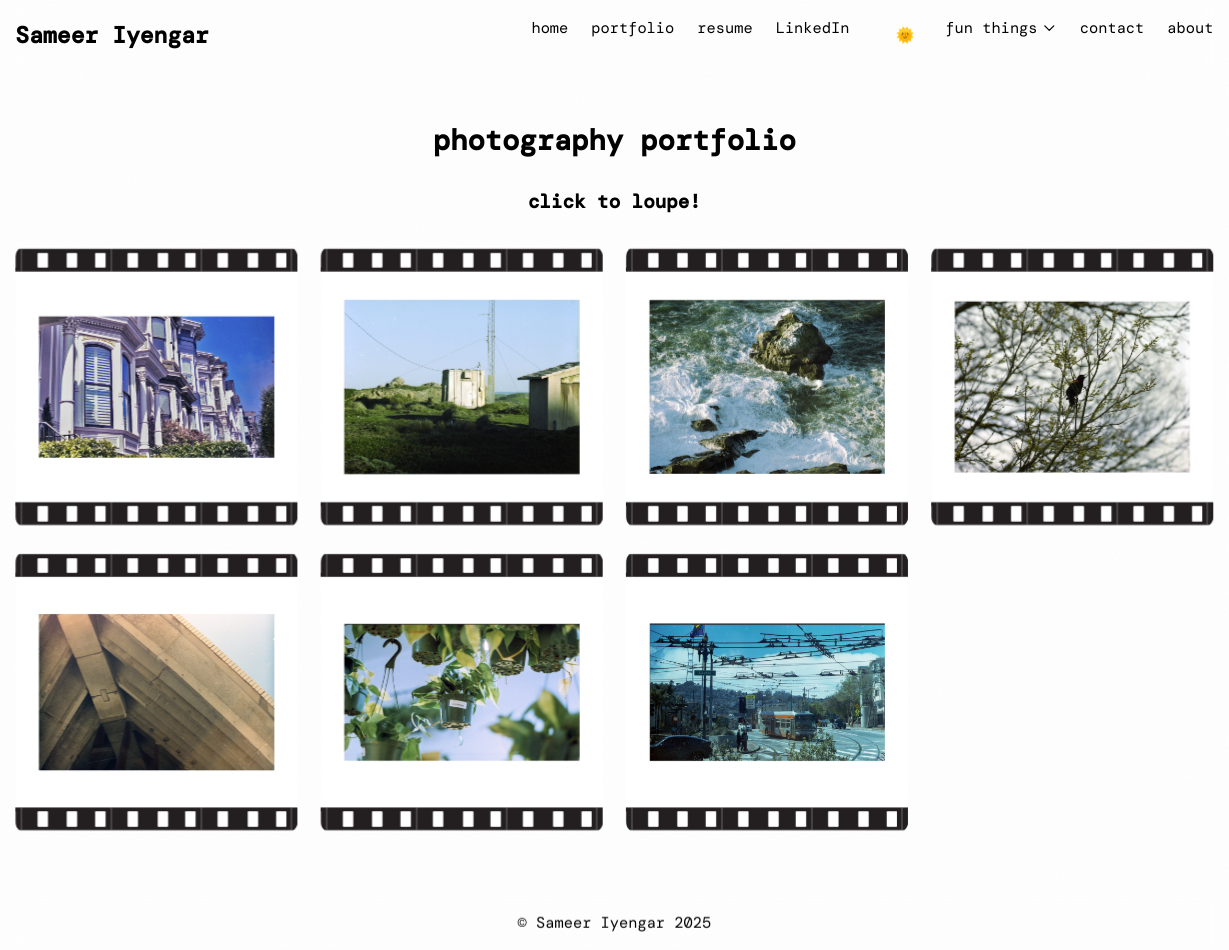
Repository: siyengar04/siyengar04.github.io
Page: portfolio.html
The author's editor kept a copy of each file at every save. The page is drawn from the files as they stood at one save, then again after the next save.
The browser window is 1280 px wide. The pictures show the whole page, at 96% of full size.
Some web fonts or font styles are not loaded; a fallback is used.

Above is the page before, as saved 2025-10-11 16:39:47.

### portfolio.html
<!DOCTYPE html>
<html lang="en">

<head>
    <script>
        if (localStorage.theme === 'dark' ||
            (!('theme' in localStorage) && window.matchMedia('(prefers-color-scheme: dark)').matches)) {
            document.documentElement.classList.add('dark-theme');
        }
    </script>
    <meta charset="UTF-8">
    <meta name="viewport" content="width=device-width, initial-scale=1.0">
    <meta property="og:image" content="./images/profile.jpg">
    <meta property="og:image:type" content="image/jpg">
    <meta name="description" content="student, innovator, engineer" />
    <meta property="og:title" content="Sameer Iyengar">
    <meta property="og:description" content="student, innovator, engineer">
    <title>Sameer Iyengar - Photography Portfolio</title>
    <script src="https://cdn.jsdelivr.net/npm/@tailwindcss/browser@4"></script>
    <link rel="preconnect" href="https://fonts.googleapis.com">
    <link rel="preconnect" href="https://fonts.gstatic.com" crossorigin>
    <link
        href="https://fonts.googleapis.com/css2?family=DM+Mono:ital,wght@0,300;0,400;0,500;1,300;1,400;1,500&display=swap"
        rel="stylesheet">
    <style>
        <style> :root {
            /* Light Theme (default) - High contrast */
            --bg-primary: #f5f5f7;
            --text-primary: #121212;
            --glass-light: rgba(255, 255, 255, 0.85);
            --glass-text: #121212;
            --border-light: rgba(0, 0, 0, 0.1);
            --accent-color: #3b82f6;

            /* Dark Theme */
            --bg-primary-dark: #0a0a0a;
            --text-primary-dark: #f8f9fa;
            --glass-dark: rgba(20, 20, 20, 0.85);
            --glass-text-dark: #f8f9fa;
            --border-dark: rgba(255, 255, 255, 0.15);
            --accent-color-dark: #60a5fa;
        }

        .gallery-item {
            position: relative;
        }

        .gallery-item::before,
        .gallery-item::after {
            content: "";
            position: absolute;
            left: 0;
            width: 100%;
            height: 30px;
            /* Original height */
            background-size: auto 24px;
            /* Force exact height */
            background-repeat: repeat-x;
            /* Tile horizontally */
            background-position: center;
            z-index: 2;
        }

        .gallery-item::before {
            top: 0;
            background-image: url('Asset 4.svg');
        }

        .gallery-item::after {
            bottom: 0;
            background-image: url('Asset 4.svg');
        }

        .gallery-img {
            position: relative;
            z-index: 1;
        }

        .dark-theme {
            --bg-primary: var(--bg-primary-dark);
            --text-primary: var(--text-primary-dark);
            --glass-light: var(--glass-dark);
            --glass-text: var(--glass-text-dark);
            --border-light: var(--border-dark);
            --accent-color: var(--accent-color-dark);
        }

        body {
            font-family: 'DM Mono', sans-serif;
            background: var(--bg-primary);
            color: var(--text-primary);
            transition: background 0.5s ease, color 0.3s ease;
            background-image: url('data:[embedded picture, 288 characters]');
            line-height: 1.6;
            margin: 0;
            padding: 0;
        }

        /* Glassmorphism Navigation Bar */
        header {
            position: fixed;
            top: 0;
            width: 100%;
            background: var(--glass-light) !important;
            backdrop-filter: blur(12px);
            -webkit-backdrop-filter: blur(12px);
            border-bottom: 1px solid var(--border-light);
            color: var(--glass-text) !important;
            z-index: 100;
            padding: 1rem 0;
        }

        /* Navigation */
        nav a {
            color: var(--glass-text);
            transition: all 0.3s ease;
        }

        nav a:hover {
            color: var(--accent-color);
            transform: translateY(-2px);
        }

        /* Theme toggle button */
        #theme-toggle {
            background: var(--glass-light);
            backdrop-filter: blur(10px);
            border: 1px solid var(--border-light);
            transition: all 0.3s ease;
        }

        #theme-toggle:hover {
            transform: scale(1.1);
        }

        /* Portfolio Section */
        #portfolio {
            padding: 8rem 0 4rem;
            /* Adjusted for fixed header */
        }

        .gallery-img {
            transition: transform 0.3s ease, box-shadow 0.3s ease;
            cursor: pointer;
            border-radius: 12px;
            object-fit: cover;
            width: 100%;
            height: 100%;
        }

        .gallery-item {
            background: var(--glass-light);
            backdrop-filter: blur(8px);
            -webkit-backdrop-filter: blur(8px);
            border: 1px solid var(--border-light);
            border-radius: 12px;
            overflow: hidden;
            transition: all 0.3s ease;
        }

        .gallery-item:hover {
            transform: translateY(-5px);
            box-shadow: 0 10px 25px rgba(0, 0, 0, 0.2);
        }

        .dark-theme .gallery-item:hover {
            box-shadow: 0 10px 25px rgba(0, 0, 0, 0.4);
        }

        /* Modal */
        .modal {
            display: none;
            position: fixed;
            z-index: 1000;
            left: 0;
            top: 0;
            width: 100%;
            height: 100%;
            background-color: rgba(0, 0, 0, 0.9);
            overflow: auto;
        }

        .modal-content {
            margin: auto;
            display: block;
            max-width: 90%;
            max-height: 80vh;
            margin-top: 10vh;
            background: var(--glass-light);
            backdrop-filter: blur(20px);
            -webkit-backdrop-filter: blur(20px);
            border-radius: 12px;
            padding: 20px;
            border: 1px solid var(--border-light);
        }

        .close {
            position: absolute;
            top: 20px;
            right: 35px;
            color: white;
            font-size: 40px;
            font-weight: bold;
            cursor: pointer;
            z-index: 1001;
        }

        .caption {
            margin: auto;
            display: block;
            width: 80%;
            text-align: center;
            color: var(--text-primary);
            padding: 10px 0;
            font-size: 1.2rem;
        }

        /* Dropdown menu */
        .desktop-dropdown-menu {
            margin-top: 0.5rem;
            background: var(--glass-light);
            backdrop-filter: blur(12px);
            -webkit-backdrop-filter: blur(12px);
            border: 1px solid var(--border-light);
            border-radius: 8px;
            overflow: hidden;
            box-shadow: 0 8px 32px rgba(0, 0, 0, 0.1);
        }

        .desktop-dropdown:hover .desktop-dropdown-menu {
            display: block;
        }

        /* Footer */
        footer {
            background: var(--glass-light);
            backdrop-filter: blur(12px);
            -webkit-backdrop-filter: blur(12px);
            border-top: 1px solid var(--border-light);
            padding: 1rem 0;
            color: var(--glass-text);
        }

        /* Grid Layout */
        .grid {
            display: grid;
            grid-template-columns: repeat(auto-fill, minmax(250px, 1fr));
            gap: 1.5rem;
        }

        @media (max-width: 768px) {
            #portfolio {
                padding: 6rem 0 2rem;
            }

            #nav-menu {
                background: var(--glass-light);
                backdrop-filter: blur(12px);
                -webkit-backdrop-filter: blur(12px);
                border: 1px solid var(--border-light);
                border-radius: 8px;
                padding: 1rem;
                margin-top: 0.5rem;
            }

            .modal-content {
                max-width: 95%;
                max-height: 85vh;
                margin-top: 5vh;
            }
        }
    </style>
</head>

<body>
    <header class="fixed top-0 z-10 w-full">
        <div class="container flex items-center justify-between px-4 mx-auto">
            <h1 class="text-2xl font-semibold">Sameer Iyengar</h1>
            <div class="md:hidden">
                <button id="nav-toggle" class="focus:outline-none">
                    <svg xmlns="http://www.w3.org/2000/svg" class="w-6 h-6" fill="none" viewBox="0 0 24 24"
                        stroke="currentColor">
                        <path stroke-linecap="round" stroke-linejoin="round" stroke-width="2"
                            d="M4 6h16M4 12h16m-7 6h7" />
                    </svg>
                </button>
            </div>
            <nav id="nav-menu" class="hidden md:flex md:space-x-6">
                <ul class="flex flex-col space-y-4 md:flex-row md:space-y-0 md:space-x-6">
                    <li><a href="/index.html">home</a></li>
                    <li><a href="/portfolio.html">portfolio</a></li>
                    <li><a href="/resume.html">resume</a></li>
                    <li><a href="https://www.linkedin.com/in/sameer-iyengar/">LinkedIn</a></li>
                    <li>
                        <button id="theme-toggle" class="p-2 ml-4 rounded-full">
                            <span class="light-icon">🌞</span>
                            <span class="hidden dark-icon">🌙</span>
                        </button>
                    </li>
                    <!-- Desktop Fun Things Dropdown -->
                    <li class="relative group">
                        <button class="flex items-center">
                            fun things
                            <svg class="w-4 h-4 ml-1" fill="none" stroke="currentColor" viewBox="0 0 24 24"
                                xmlns="http://www.w3.org/2000/svg">
                                <path stroke-linecap="round" stroke-linejoin="round" stroke-width="2"
                                    d="M19 9l-7 7-7-7"></path>
                            </svg>
                        </button>
                        <div class="absolute left-0 hidden pt-2 group-hover:block desktop-dropdown-menu">
                            <a href="/cat-gallery.html" class="block px-4 py-2 hover:text-accent-color">eva!!</a>
                        </div>
                    </li>
                    <li><a href="/contact.html">contact</a></li>
                    <li><a href="/about.html">about</a></li>
                </ul>
            </nav>
        </div>
    </header>

    <main>
        <section id="portfolio" class="portfolio">
            <div class="container px-4 mx-auto">
                <h2 class="mb-8 text-3xl font-bold text-center">photography portfolio</h2>
                <h3 class="mb-8 text-xl font-bold text-center">click to loupe!</h3>
                <div class="grid">
                    <!-- Gallery Item 1 -->
                    <div class="gallery-item">
                        <img loading="lazy" src="./images/photo1.jpg" alt="Photo 1" class="gallery-img"
                            onclick="openModal('./images/photo1.jpg', 'rowhouses, San Francisco, CA')">
                    </div>

                    <!-- Gallery Item 2 -->
                    <div class="gallery-item">
                        <img loading="lazy" src="./images/photo2.jpg" alt="Photo 2" class="gallery-img"
                            onclick="openModal('./images/photo2.jpg', 'utility box, Point Reyes, CA')">
                    </div>

                    <!-- Gallery Item 3 -->
                    <div class="gallery-item">
                        <img loading="lazy" src="./images/photo3.png" alt="Photo 3" class="gallery-img"
                            onclick="openModal('./images/photo3.png', 'sea rocks, Point Reyes, CA')">
                    </div>

                    <!-- Gallery Item 4 -->
                    <div class="gallery-item">
                        <img loading="lazy" src="./images/photo4.png" alt="Photo 4" class="gallery-img"
                            onclick="openModal('./images/photo4.png', 'red-winged blackbird, U of I Arboretum, Urbana, IL')">
                    </div>

                    <!-- Gallery Item 5 -->
                    <div class="gallery-item">
                        <img loading="lazy" src="./images/photo5.png" alt="Photo 5" class="gallery-img"
                            onclick="openModal('./images/photo5.png', 'architecture, Opera House, Sydney, Australia')">
                    </div>

                    <!-- Gallery Item 6 -->
                    <div class="gallery-item">
                        <img loading="lazy" src="./images/photo6.png" alt="Photo 6" class="gallery-img"
                            onclick="openModal('./images/photo6.png', 'hanging garden, The Castro, San Francisco, CA')">
                    </div>

                    <!-- Gallery Item 7 -->
                    <div class="gallery-item">
                        <img loading="lazy" src="./images/photo7.png" alt="Photo 7" class="gallery-img"
                            onclick="openModal('./images/photo7.png', 'MUNI bus, The Castro, San Francisco, CA')">
                    </div>
                </div>
            </div>
        </section>
    </main>

    <!-- The Modal/Lightbox -->
    <div id="myModal" class="modal">
        <span class="close" onclick="closeModal()">&times;</span>
        <img loading="lazy" class="modal-content" id="img01">
        <div id="caption" class="caption"></div>
    </div>

    <footer class="text-center">
        <div class="container mx-auto">
            <p>&copy; Sameer Iyengar 2025</p>
        </div>
    </footer>

    <script>
        // Mobile navigation toggle
        const navToggle = document.getElementById('nav-toggle');
        const navMenu = document.getElementById('nav-menu');

        navToggle.addEventListener('click', () => {
            navMenu.classList.toggle('hidden');
        });

        // Theme toggle functionality
        const themeToggle = document.getElementById('theme-toggle');
        const darkIcon = document.querySelector('.dark-icon');
        const lightIcon = document.querySelector('.light-icon');

        // Check for saved preference or system preference
        const savedTheme = localStorage.getItem('theme') ||
            (window.matchMedia('(prefers-color-scheme: dark)').matches ? 'dark' : 'light');

        if (savedTheme === 'dark') document.documentElement.classList.add('dark-theme');

        // Update UI icons
        function updateIcons() {
            const isDark = document.documentElement.classList.contains('dark-theme');
            darkIcon.classList.toggle('hidden', !isDark);
            lightIcon.classList.toggle('hidden', isDark);
        }

        // Toggle theme
        themeToggle.addEventListener('click', () => {
            document.documentElement.classList.toggle('dark-theme');
            const theme = document.documentElement.classList.contains('dark-theme') ? 'dark' : 'light';
            localStorage.setItem('theme', theme);
            updateIcons();
        });

        // Initialize icons
        updateIcons();

        // Lightbox functionality
        function openModal(src, alt) {
            const modal = document.getElementById("myModal");
            const modalImg = document.getElementById("img01");
            const captionText = document.getElementById("caption");

            modal.style.display = "block";
            modalImg.src = src;
            captionText.innerHTML = alt;

            // Close modal when clicking outside the image
            modal.onclick = function (event) {
                if (event.target === modal) {
                    closeModal();
                }
            };

            // Close modal with Escape key
            document.onkeydown = function (evt) {
                evt = evt || window.event;
                if (evt.key === "Escape") {
                    closeModal();
                }
            };
        }

        function closeModal() {
            document.getElementById("myModal").style.display = "none";
        }
    </script>
</body>

</html>

After the next save:
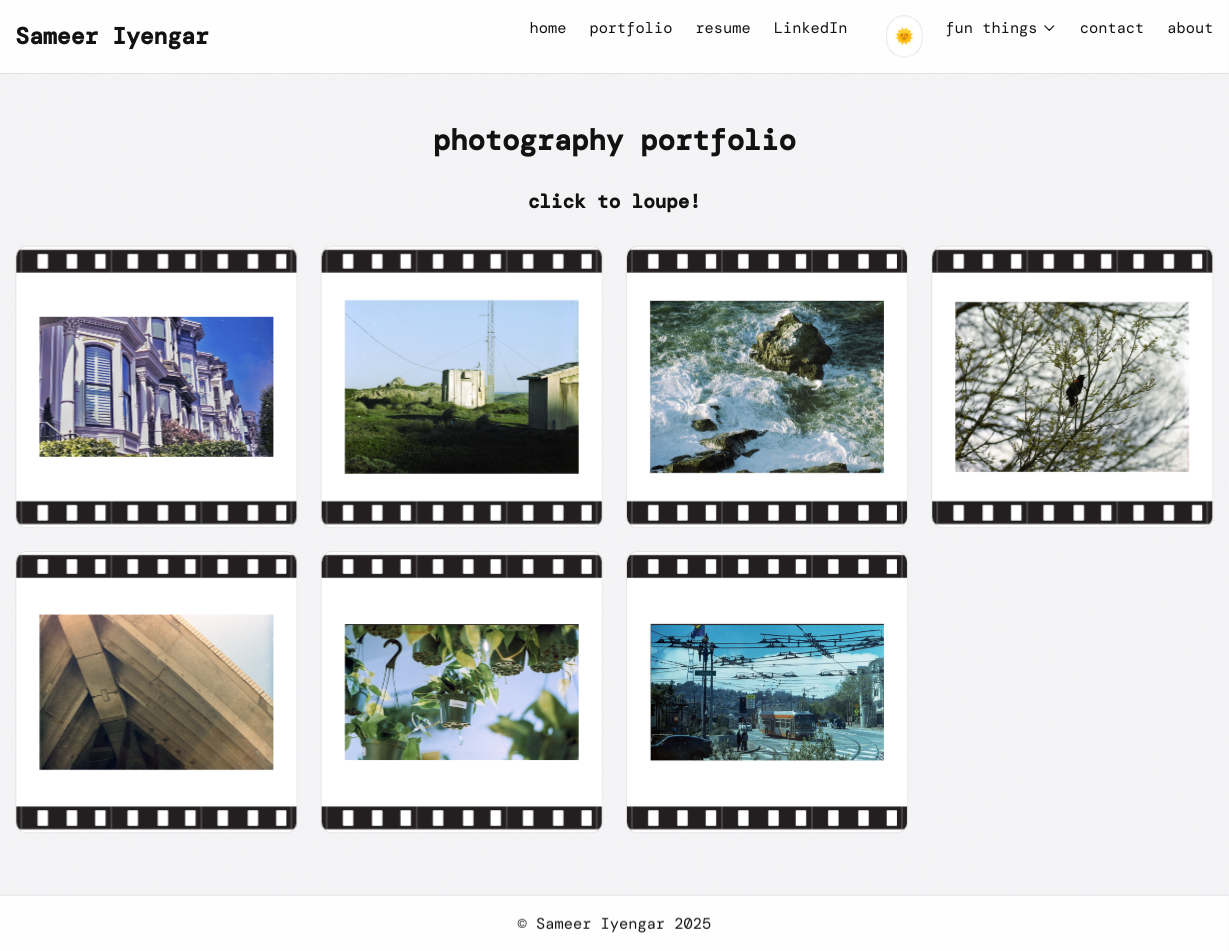
Saved 3 min 27 s later.
--- a/portfolio.html
+++ b/portfolio.html
@@ -23,7 +23,7 @@
         href="https://fonts.googleapis.com/css2?family=DM+Mono:ital,wght@0,300;0,400;0,500;1,300;1,400;1,500&display=swap"
         rel="stylesheet">
     <style>
-        <style> :root {
+        :root {
             /* Light Theme (default) - High contrast */
             --bg-primary: #f5f5f7;
             --text-primary: #121212;
